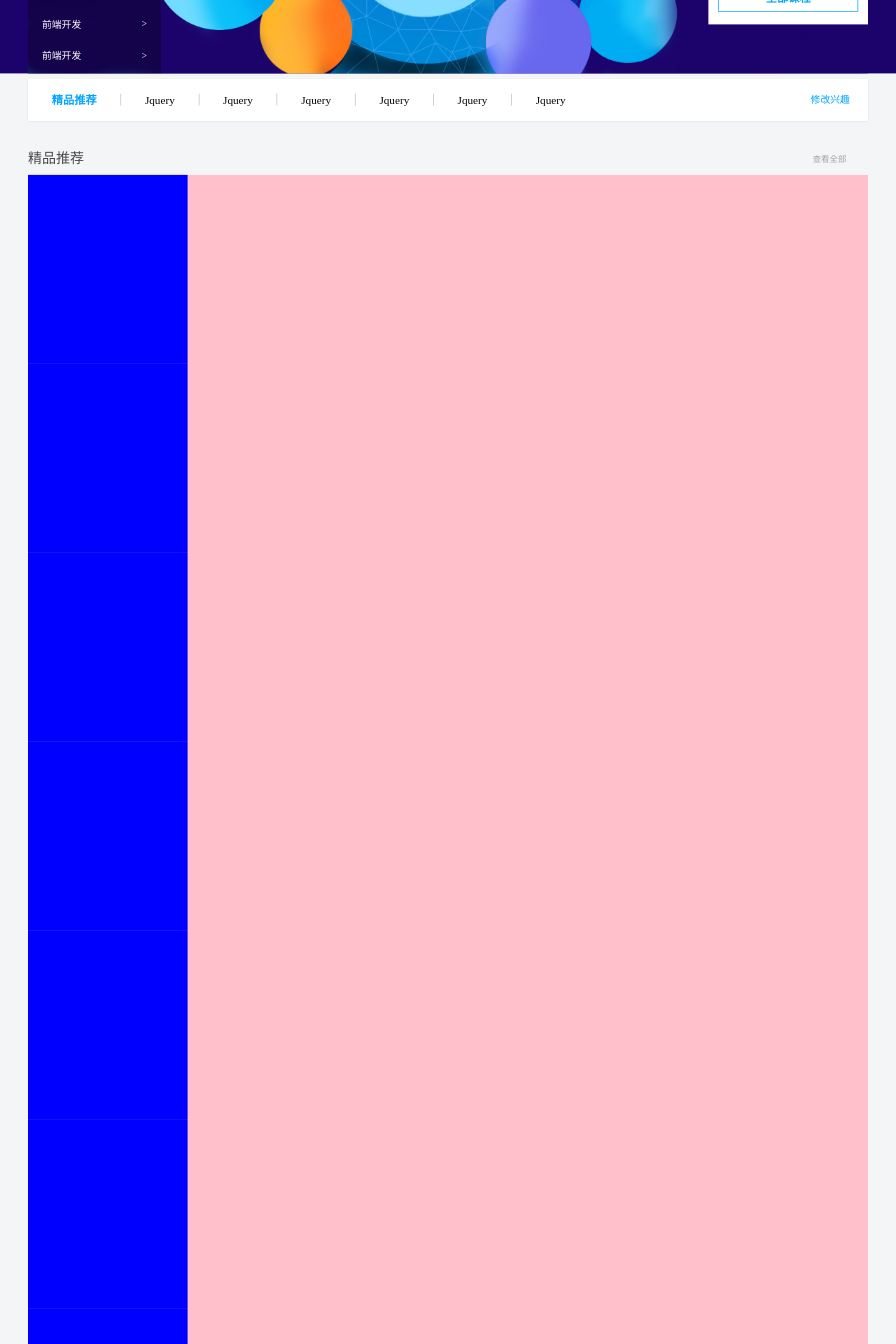
Repository: DengBiHua/xcdx
Page: index.html
These files come from the project's save history. The page is drawn as it stood at one moment and after the next save; the edit follows.
The browser window is 1280 px wide. The pictures show the part of the page from y = 417 to 2337 px (the page is 3367 px tall before and 1207 px after), at 70% of full size.

Above is the page before, as saved 2022-04-15 10:20:17.

After the next save:
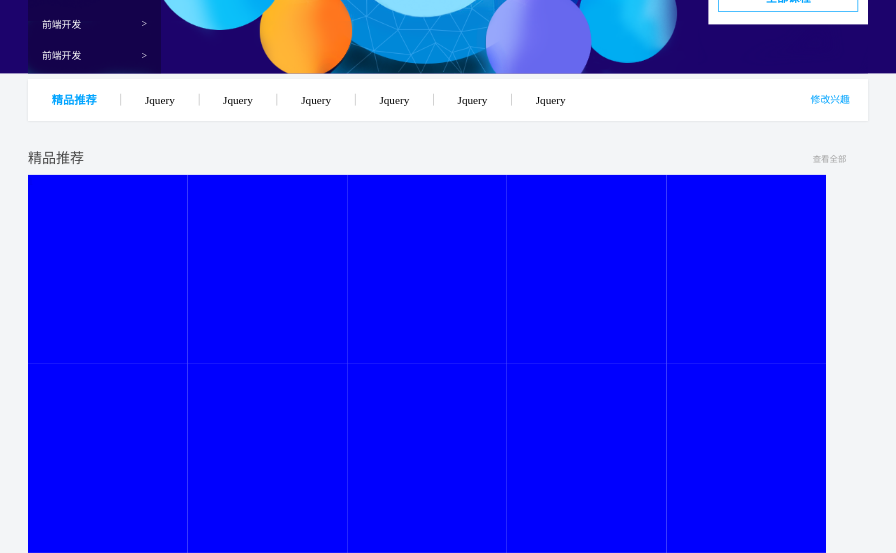
Saved 38 s later.
--- a/css/index.css
+++ b/css/index.css
@@ -277,6 +277,10 @@
     background-color: pink;
 }
 
+.recommendDetail .content li {
+    float: left;
+}
+
 .recommendDetail .content a {
     display: block;
     width: 228px;
